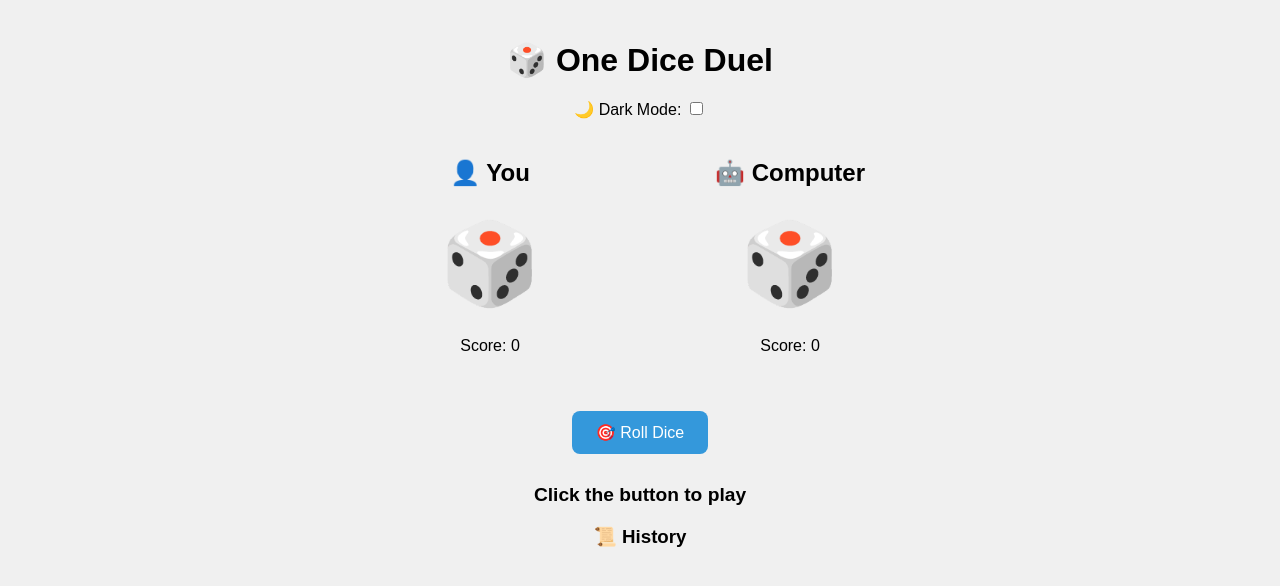
Repository: alokanand524/anand-portfolio
Page: games/dice-game/index.html
These files come from the project's save history. The page is drawn as it stood at one moment and after the next save; the edit follows.
The browser window is 1280 px wide. The pictures show the whole page.

Above is the page before, as saved 2025-07-31 15:01:51.

After the next save:
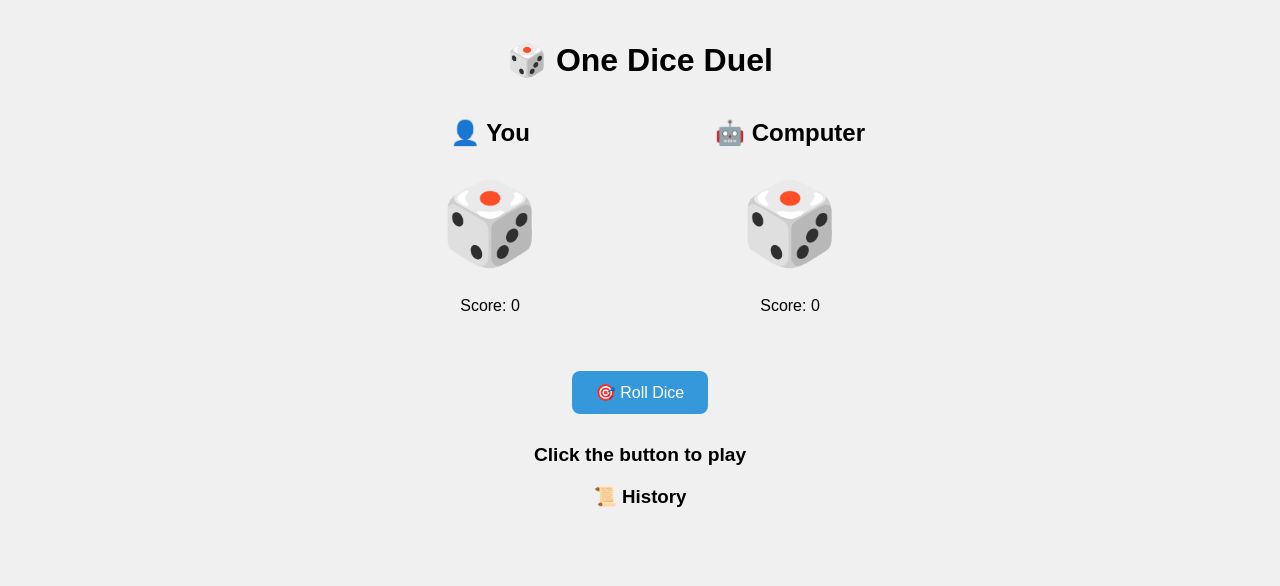
Saved 17 s later.
--- a/games/dice-game/index.html
+++ b/games/dice-game/index.html
@@ -11,10 +11,10 @@
   <div class="game-container">
     <h1>🎲 One Dice Duel</h1>
 
-    <label class="dark-toggle">
+    <!-- <label class="dark-toggle">
       🌙 Dark Mode:
       <input type="checkbox" id="dark-mode-toggle" />
-    </label>
+    </label> -->
 
     <div class="dice-section">
       <div class="player">
@@ -36,9 +36,9 @@
     <ul id="history-log"></ul>
   </div>
 
-  <audio id="roll-sound" src="https://assets.mixkit.co/sfx/preview/mixkit-dice-roll-1053.mp3"></audio>
+  <!-- <audio id="roll-sound" src="https://assets.mixkit.co/sfx/preview/mixkit-dice-roll-1053.mp3"></audio>
   <audio id="win-sound" src="https://assets.mixkit.co/sfx/preview/mixkit-game-win-2016.mp3"></audio>
-  <audio id="lose-sound" src="https://assets.mixkit.co/sfx/preview/mixkit-losing-piano-2024.mp3"></audio>
+  <audio id="lose-sound" src="https://assets.mixkit.co/sfx/preview/mixkit-losing-piano-2024.mp3"></audio> -->
 
   <script src="script.js"></script>
 </body>

After the save that followed:
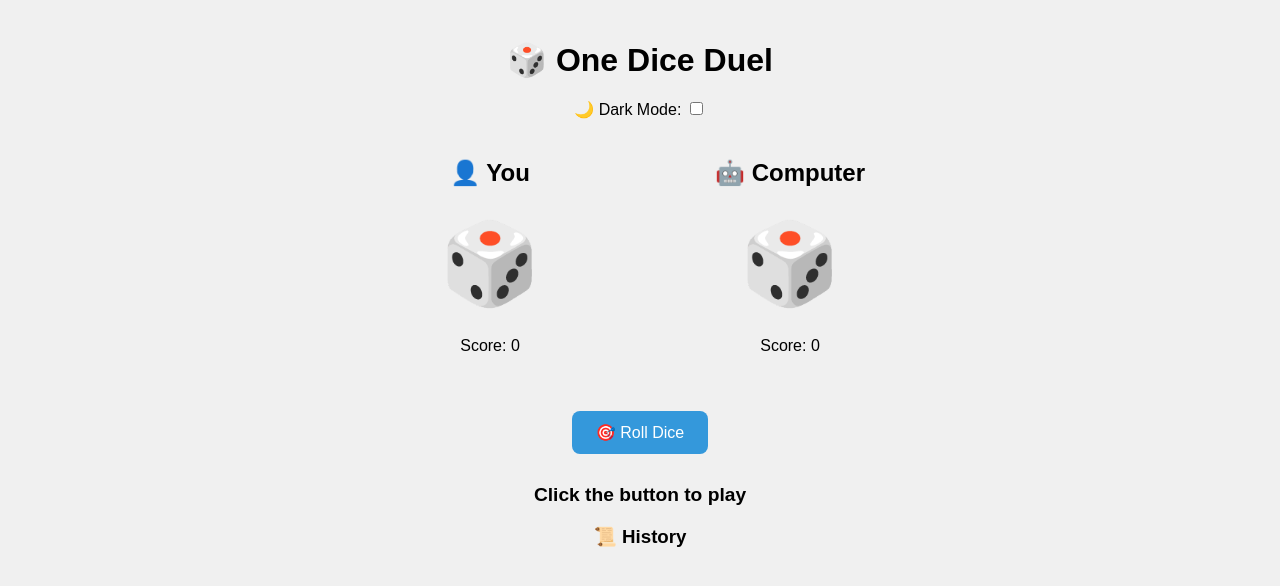
Saved 17 s later.
--- a/games/dice-game/index.html
+++ b/games/dice-game/index.html
@@ -11,10 +11,10 @@
   <div class="game-container">
     <h1>🎲 One Dice Duel</h1>
 
-    <!-- <label class="dark-toggle">
+    <label class="dark-toggle">
       🌙 Dark Mode:
       <input type="checkbox" id="dark-mode-toggle" />
-    </label> -->
+    </label>
 
     <div class="dice-section">
       <div class="player">
@@ -36,9 +36,9 @@
     <ul id="history-log"></ul>
   </div>
 
-  <!-- <audio id="roll-sound" src="https://assets.mixkit.co/sfx/preview/mixkit-dice-roll-1053.mp3"></audio>
+  <audio id="roll-sound" src="https://assets.mixkit.co/sfx/preview/mixkit-dice-roll-1053.mp3"></audio>
   <audio id="win-sound" src="https://assets.mixkit.co/sfx/preview/mixkit-game-win-2016.mp3"></audio>
-  <audio id="lose-sound" src="https://assets.mixkit.co/sfx/preview/mixkit-losing-piano-2024.mp3"></audio> -->
+  <audio id="lose-sound" src="https://assets.mixkit.co/sfx/preview/mixkit-losing-piano-2024.mp3"></audio>
 
   <script src="script.js"></script>
 </body>
